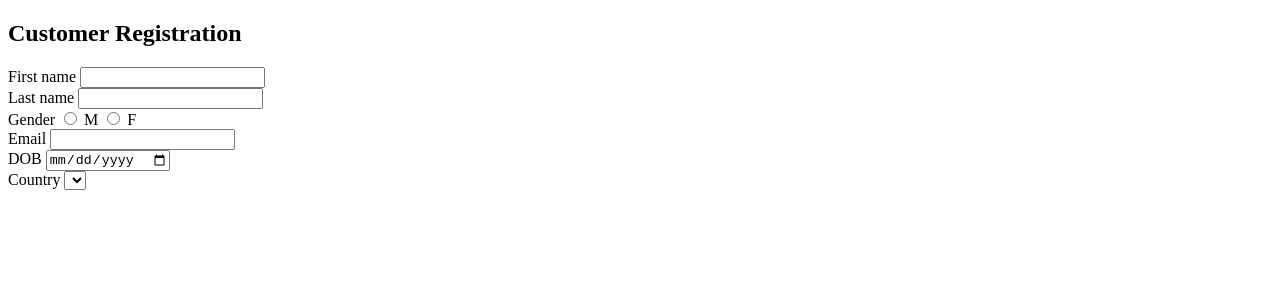
Repository: jbn-aman/wiprobatch1
Page: project/work/html/mywebapp/public/pages/registration.html
An editor plug-in stored every save of this project. The page is shown before and after the next save, followed by the edit.
The browser window is 1280 px wide. The pictures show the whole page.

Above is the page before, as saved 2024-03-31 10:47:28.

### project/work/html/mywebapp/public/pages/registration.html
<!DOCTYPE html>
<html>
<head>
<meta charset="ISO-8859-1">
<title>Registration</title>
</head>
<body>

	<h2>Customer Registration</h2>

	<form>
	<div>

	<label>First name</label>
	<input type = "text" value =""/>

	</div>
	<div>

	<label>Last name</label>
	<input type = "text" value =""/>

	</div>


	<div>

	<label>Gender</label>
	<input type = "radio" value ="Male"/> M
	<input type = "radio" value ="Female"/> F
	</div>

	<div>

	<label>Email</label>
	<input type = "email" value =""/>
	</div>
	<div>

	<label>DOB</label>
	<input type="date" value=""/>
	</div>

	<div>
	<label>Country</label>
	<select>

	<option value = "Russia" Russia/>
	<option />
	<option />
	<option />
	<option />

	</select>

	</div>

	</form>
</body>
</html>

After the next save:
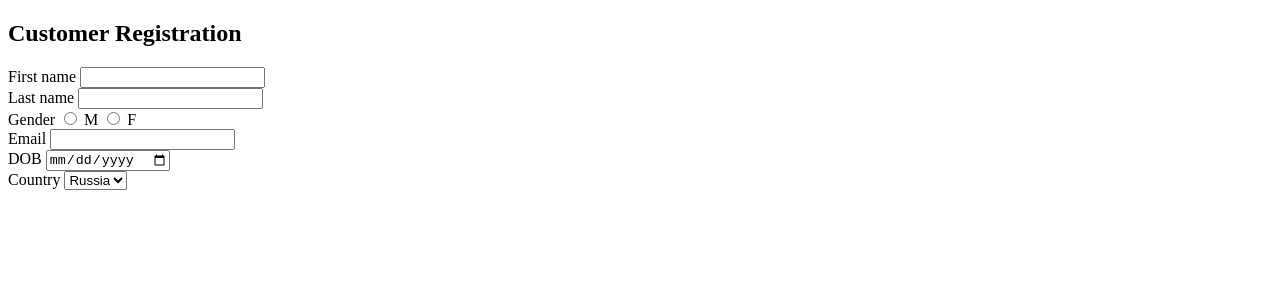
Saved 74 s later.
--- a/project/work/html/mywebapp/public/pages/registration.html
+++ b/project/work/html/mywebapp/public/pages/registration.html
@@ -45,7 +45,7 @@
 	<label>Country</label>
 	<select>
 
-	<option value = "Russia" Russia/>
+	<option value ="Russia">Russia<option/>
 	<option />
 	<option />
 	<option />
